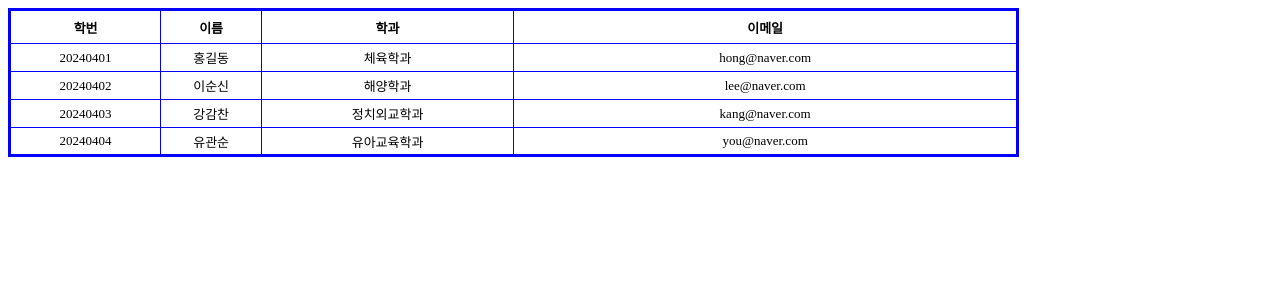
Repository: bbseok97/HTML
Page: HTML/src/main/webapp/table_css.html
The author's editor kept a copy of each file at every save. The page is drawn from the files as they stood at one save, then again after the next save.
The browser window is 1280 px wide. The pictures show the whole page.

Above is the page before, as saved 2024-04-04 06:13:56.

### HTML/src/main/webapp/table_css.html
<!DOCTYPE html>
<html>
	<!-- 태그에 CSS 적용방법 3가지
		1. 태그에 직접 지정하는 방법 : style 속성	=> 지정된 태그에만 적용
		2. head에 지정하는 방법 : <style> 태그 사용	=> 그 웹 페이지에만 적용
		3. 외부 CSS파일을 지정하는 방법 : link 태그로 외부 CSS 파일을 지정		=> 연결한 모든 페이지 적용
	-->
	<head>
		<meta charset="UTF-8">
		<title>id/class 선택자로 표꾸미기</title>
		<style type="text/css">
			table {							/* 태그 선택자 사용 */
				border-collapse: collapse;	/* 중복 테두리 제거 collapse */
				border: 3px solid blue;		/* border(태그 외곽) 처리 : 두께, 선 타입, 색상 */
				width: 80%;					/* 폭 설정 */
				text-align: center;			/* 글자 정렬 */
			}
			tr{
				height: 28px;				/* 높이 설정*/
				font-size: 13px;			/* 글 사이즈 설정*/
			}
			tr:hover {						/* 마우스 커서가 위에 있을 때 */
				color: white;				/* 글 색상 */
				font-weight: bold;
				background-color: #00ccff;	/* 배경색 설정 */
				cursor: pointer;			/* 커서 타입 지정 */
			}
			th{
				height: 30px;
				font-weight: border;		/* 글자 두꼐 */
			}
			/* CSS 선택자 중에 id속성은 "#"으로 표시*/
			#id { width: 15%; }
			#name{ width: 10%; }
			#major{ width: 25%; }
			#email{ width: 50%; }
		</style>

	</head>
	<body>
		<table border="1" id="tab">
		 	<tr>	<!-- 1행 -표 헤더, 항목(제목) -->
				<th id="id">학번</th>	<!-- th 제목열 -->
				<th id="name">이름</th>
				<th id="major">학과</th>
				<th id="email">이메일</th>
		 	</tr>
			<tr>	<!-- 2행 -->
				<td>20240401</td>
				<td>홍길동</td>
				<td>체육학과</td>
				<td>hong@naver.com</td>
		 	</tr>
		 	<tr>	<!-- 3행 -->
		 		<td>20240402</td>
				<td>이순신</td>
				<td>해양학과</td>
				<td>lee@naver.com</td>
		 	</tr>
		 	<tr>	<!-- 4행 -->
		 		<td>20240403</td>
				<td>강감찬</td>
				<td>정치외교학과</td>
				<td>kang@naver.com</td>
		 	</tr>
		 	<tr>	<!-- 5행 -->
		 		<td>20240404</td>
				<td>유관순</td>
				<td>유아교육학과</td>
				<td>you@naver.com</td>
		 	</tr>

		</table>
	</body>
</html>

After the next save:
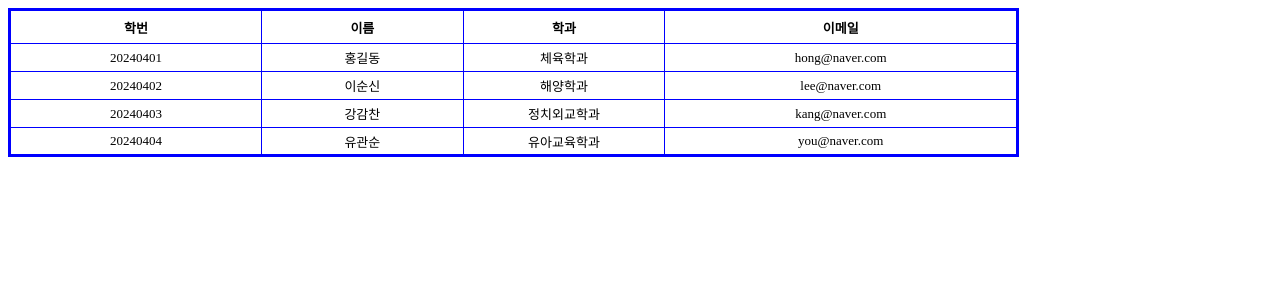
Saved 57 s later.
--- a/HTML/src/main/webapp/table_css.html
+++ b/HTML/src/main/webapp/table_css.html
@@ -30,10 +30,10 @@
 				font-weight: border;		/* 글자 두꼐 */
 			}
 			/* CSS 선택자 중에 id속성은 "#"으로 표시*/
-			#id { width: 15%; }
-			#name{ width: 10%; }
-			#major{ width: 25%; }
-			#email{ width: 50%; }
+			#id { width: 25%; }
+			#name{ width: 20%; }
+			#major{ width: 20%; }
+			#email{ width: 35%; }
 		</style>
 
 	</head>
